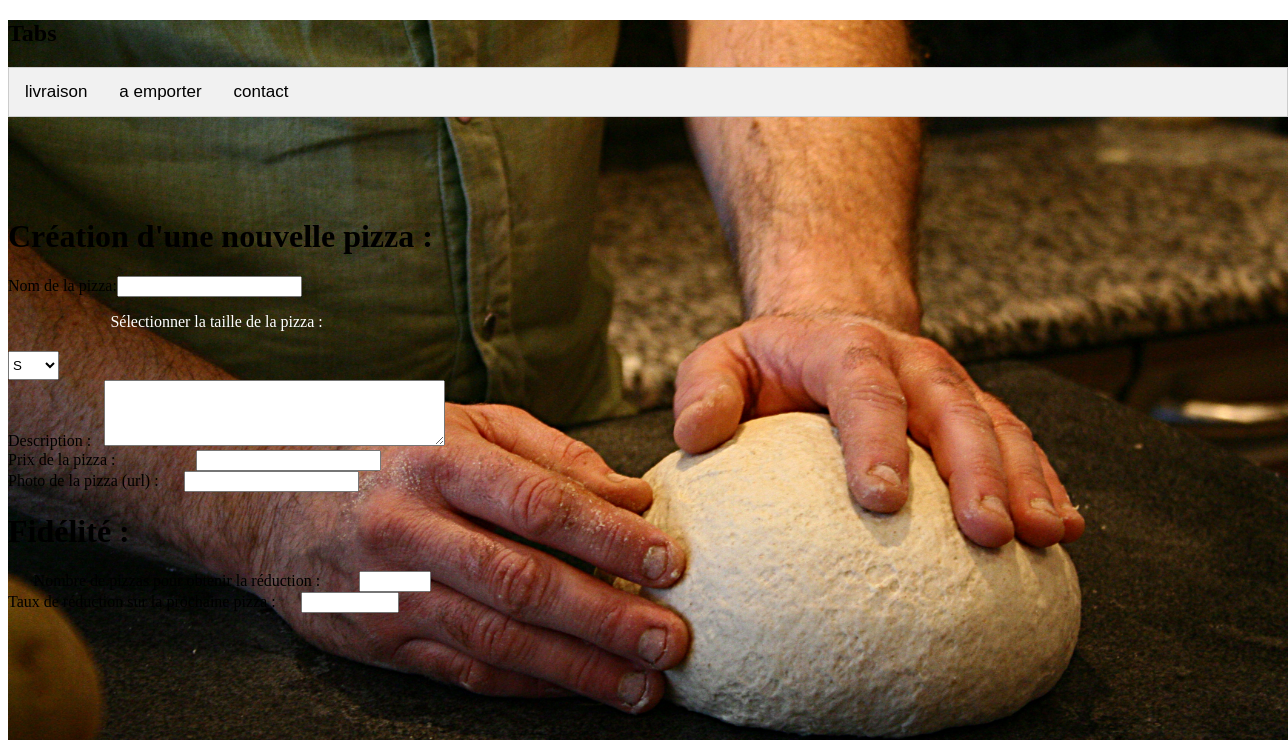
Repository: dev84-unalien/pippo_pizza
Page: admin.html
These files come from the project's save history. The page is drawn as it stood at one moment and after the next save; the edit follows.
The browser window is 1280 px wide. The page is 1288 px wide, so the pictures cover 1288 px, including what lies to the right of the window. The pictures show the whole page.

Above is the page before, as saved 2019-09-11 12:09:03.

After the next save:
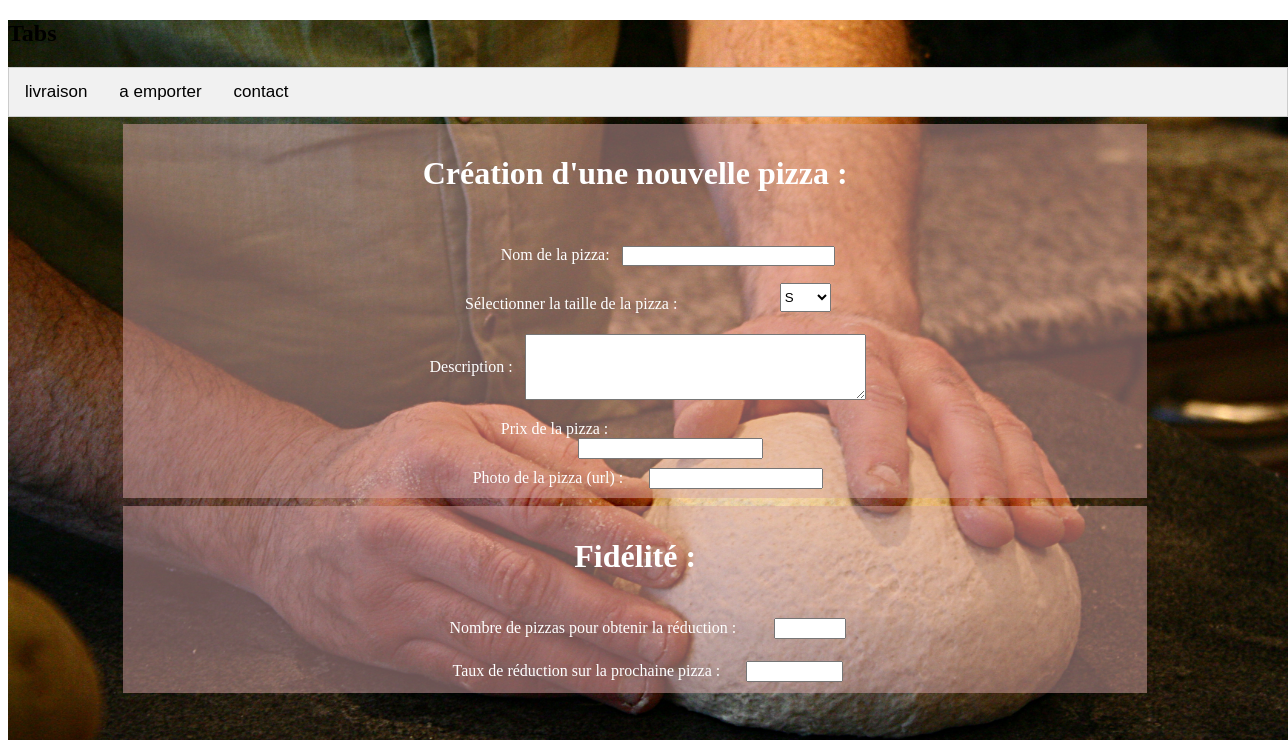
Saved 22 s later.
--- a/admin.css
+++ b/admin.css
@@ -13,7 +13,7 @@
   justify-content: center;
   align-content: center;
 }
-#Gcadre {
+#gcadre {
   display: flex;
   flex-direction: column;
   justify-content: space-around;
@@ -26,7 +26,7 @@
   color: white;
 }
 
-#Nom {
+#nom {
   margin-left: 9vw;
   display: flex;
   color: white;
@@ -34,13 +34,13 @@
   width: 30vw;
   height:2vh;
 }
-#écriture{
+#ecriture{
   width:16vw;
   height:2vh;
   margin-left:1vw;
 }
 
-#Taille {
+#taille {
   margin-right: 6vw;
   display: flex;
   justify-content: center;
@@ -55,7 +55,7 @@ select {
 
 }
 
-#Description{
+#description{
   margin-left: 2vw;
   size: 5rem;
   display: flex;
@@ -63,7 +63,7 @@ select {
   align-items: center;
 
 }
-#Prix{
+#prix{
   width: 20vw;
   height: 4vh;
   margin-right:1vw;
@@ -78,7 +78,7 @@ select {
 width: 13vw;
 margin-left:2vw;
 }
-#Image{
+#image{
   margin-left: 2vw;
 }
 TEXTAREA{
@@ -91,7 +91,7 @@ p {
   margin-right: 8vw;
 }
 
-#Gcadre2 {
+#gcadre2 {
   display: flex;
   flex-direction: column;
   justify-content: space-around;
@@ -110,7 +110,7 @@ p {
 #seuil{
   margin-left: 2vw;
 }
-#réduction{
+#reduction{
   margin-left: 2vw;
 }
 #pourcentage{
